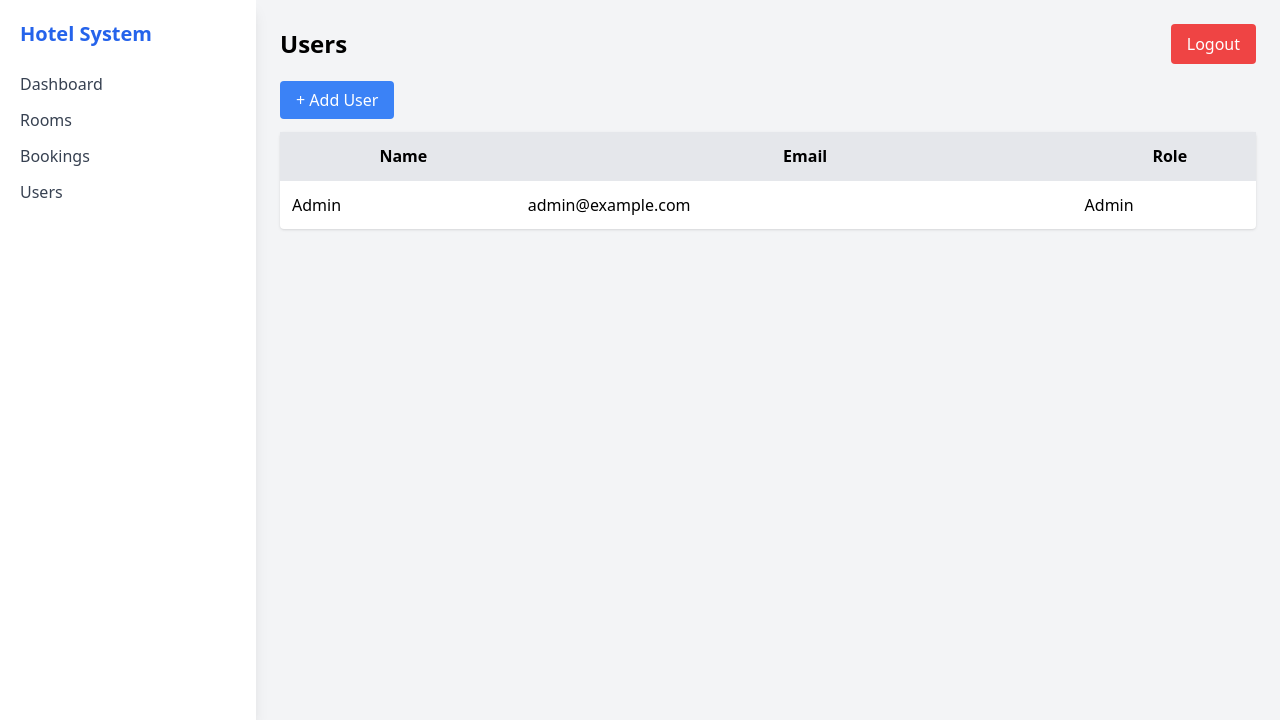
Repository: Hiruni60/hotel-booking-test
Page: http://localhost/bookings
An editor plug-in stored every save of this project. The page is shown before and after the next save, followed by the edit.
The browser window is 1280 px wide. The pictures show the whole page.
The page is served by the project's Laravel application, run on PHP 8.4 with Laravel 10. A made-up administrator, Test User (test@example.com), is signed in. Other server files are loaded and not shown. Style sheets and scripts are compiled from the project's sources, by tool versions that may differ from the author's.

Above is the page before, as saved 2026-05-11 11:17:41.

### routes/web.php
<?php

use App\Http\Controllers\BookingController;
use App\Http\Controllers\ProfileController;
use App\Http\Controllers\RoomController;
use App\Http\Controllers\UserController;
use Illuminate\Support\Facades\Route;

/*
|--------------------------------------------------------------------------
| Web Routes
|--------------------------------------------------------------------------
|
| Here is where you can register web routes for your application. These
| routes are loaded by the RouteServiceProvider and all of them will
| be assigned to the "web" middleware group. Make something great!
|
*/

Route::get('/', function () {
    return view('welcome');
});

Route::get('/dashboard', function () {
    return view('dashboard');
})->middleware(['auth', 'verified'])->name('dashboard');

Route::middleware('auth')->group(function () {
    Route::get('/profile', [ProfileController::class, 'edit'])->name('profile.edit');
    Route::patch('/profile', [ProfileController::class, 'update'])->name('profile.update');
    Route::delete('/profile', [ProfileController::class, 'destroy'])->name('profile.destroy');
});

Route::middleware(['auth','permission:manage-users'])->group(function () {

    Route::resource('users', UserController::class);

});
Route::resource('rooms', RoomController::class)->middleware('auth');

Route::resource('bookings', BookingController::class)->middleware('auth');



require __DIR__.'/auth.php';

### app/Models/User.php
<?php

namespace App\Models;

// use Illuminate\Contracts\Auth\MustVerifyEmail;
use Illuminate\Database\Eloquent\Factories\HasFactory;
use Illuminate\Foundation\Auth\User as Authenticatable;
use Illuminate\Notifications\Notifiable;
use Laravel\Sanctum\HasApiTokens;

class User extends Authenticatable
{
    use HasApiTokens, HasFactory, Notifiable;

    /**
     * The attributes that are mass assignable.
     *
     * @var array<int, string>
     */
    protected $fillable = [
        'name',
        'email',
        'role_id',
        'password',
    ];

    /**
     * The attributes that should be hidden for serialization.
     *
     * @var array<int, string>
     */
    protected $hidden = [
        'password',
        'remember_token',
    ];

    /**
     * The attributes that should be cast.
     *
     * @var array<string, string>
     */
    protected $casts = [
        'email_verified_at' => 'datetime',
        'password' => 'hashed',
    ];

    public function role()
    {
        return $this->belongsTo(Role::class);
    }

    public function bookings()
    {
        return $this->hasMany(Booking::class);
    }

    public function hasPermission($permission)
    {
        if (!$this->role) {
            return false;
        }

        return $this->role
            ->permissions
            ->contains('name', $permission);
    }


}

### app/Http/Controllers/BookingController.php
<?php

namespace App\Http\Controllers;

use App\Models\Booking;
use Illuminate\Http\Request;

class BookingController extends Controller
{
    /**
     * Display a listing of the resource.
     */
    public function index()
    {
         return view('users.index');
    }

    /**
     * Show the form for creating a new resource.
     */
    public function create()
    {
        //
    }

    /**
     * Store a newly created resource in storage.
     */
    public function store(Request $request)
    {
        //
    }

    /**
     * Display the specified resource.
     */
    public function show(Booking $booking)
    {
        //
    }

    /**
     * Show the form for editing the specified resource.
     */
    public function edit(Booking $booking)
    {
        //
    }

    /**
     * Update the specified resource in storage.
     */
    public function update(Request $request, Booking $booking)
    {
        //
    }

    /**
     * Remove the specified resource from storage.
     */
    public function destroy(Booking $booking)
    {
        //
    }
}

### resources/views/users/index.blade.php
@extends('layouts.app')

@section('title', 'Users')

@section('content')

<a href="#" class="bg-blue-500 text-white px-4 py-2 rounded">
    + Add User
</a>

<table class="w-full mt-5 bg-white shadow rounded">

    <thead class="bg-gray-200">
        <tr>
            <th class="p-3">Name</th>
            <th>Email</th>
            <th>Role</th>
        </tr>
    </thead>

    <tbody>

        <tr class="border-t">
            <td class="p-3">Admin</td>
            <td>admin@example.com</td>
            <td>Admin</td>
        </tr>

    </tbody>

</table>

@endsection

### resources/views/layouts/app.blade.php
<!DOCTYPE html>
<html lang="en">
<head>
    <meta charset="UTF-8">
    <title>Hotel Booking System</title>

    @vite(['resources/css/app.css', 'resources/js/app.js'])
</head>

<body class="bg-gray-100">

<div class="flex min-h-screen">

    <!-- Sidebar -->
    <aside class="w-64 bg-white shadow-lg p-5">
        <h1 class="text-xl font-bold text-blue-600 mb-6">
            Hotel System
        </h1>

        <nav class="space-y-3">

            <a href="{{ route('dashboard') }}" class="block text-gray-700 hover:text-blue-500">
                Dashboard
            </a>

            <a href="{{ route('rooms.index') }}" class="block text-gray-700 hover:text-blue-500">
                Rooms
            </a>

            <a href="{{ route('bookings.index') }}" class="block text-gray-700 hover:text-blue-500">
                Bookings
            </a>

            <a href="{{ route('users.index') }}" class="block text-gray-700 hover:text-blue-500">
                Users
            </a>

        </nav>
    </aside>

    <!-- Main -->
    <main class="flex-1 p-6">

        <!-- Top bar -->
        <div class="flex justify-between items-center mb-6">
            <h2 class="text-2xl font-bold">
                @yield('title')
            </h2>

            <form method="POST" action="{{ route('logout') }}">
                @csrf
                <button class="bg-red-500 text-white px-4 py-2 rounded">
                    Logout
                </button>
            </form>
        </div>

        <!-- Content -->
        @yield('content')

    </main>

</div>

</body>
</html>

### resources/views/bookings/index.blade.php
@extends('layouts.app')

@section('title', 'Bookings')

@section('content')

<a href="#" class="bg-green-500 text-white px-4 py-2 rounded">
    + New Booking
</a>

<table class="w-full mt-5 bg-white shadow rounded">

    <thead class="bg-gray-200">
        <tr>
            <th class="p-3">Guest</th>
            <th>Room</th>
            <th>Check In</th>
            <th>Check Out</th>
            <th>Status</th>
            <th>Actions</th>
        </tr>
    </thead>

    <tbody>

        <tr class="border-t">
            <td class="p-3">John Doe</td>
            <td>101</td>
            <td>2026-05-10</td>
            <td>2026-05-12</td>
            <td>Confirmed</td>
            <td>
                <button class="text-red-500">Cancel</button>
            </td>
        </tr>

    </tbody>

</table>

@endsection

Loaded but not shown: app/Providers/AppServiceProvider.php (common file); routes/auth.php (common file); app/Http/Controllers/Auth/EmailVerificationPromptController.php (common file); app/Http/Controllers/Controller.php (common file); app/Http/Controllers/Auth/VerifyEmailController.php (common file); resources/css/app.css (common file); tailwind.config.js (common file); resources/js/app.js (common file); resources/js/bootstrap.js (common file)

After the next save:
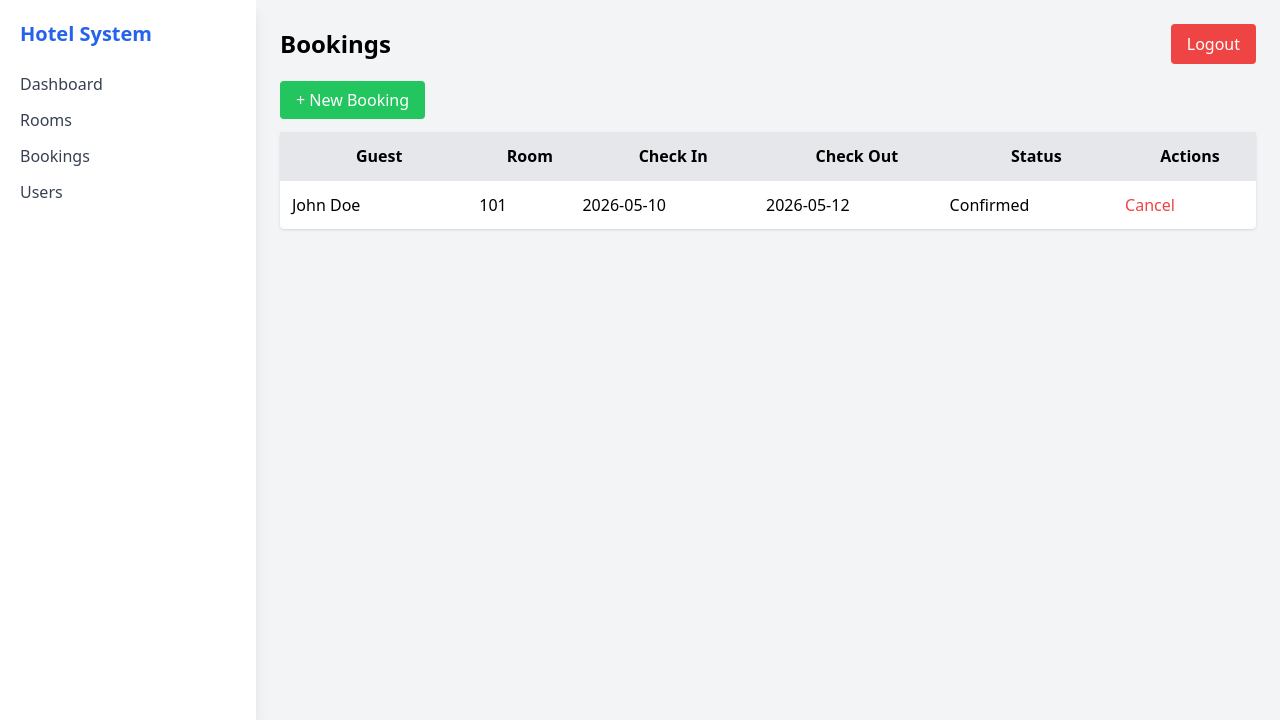
Saved 4 s later.
--- a/app/Http/Controllers/BookingController.php
+++ b/app/Http/Controllers/BookingController.php
@@ -12,7 +12,7 @@ class BookingController extends Controller
      */
     public function index()
     {
-         return view('users.index');
+         return view('bookings.index');
     }
 
     /**
